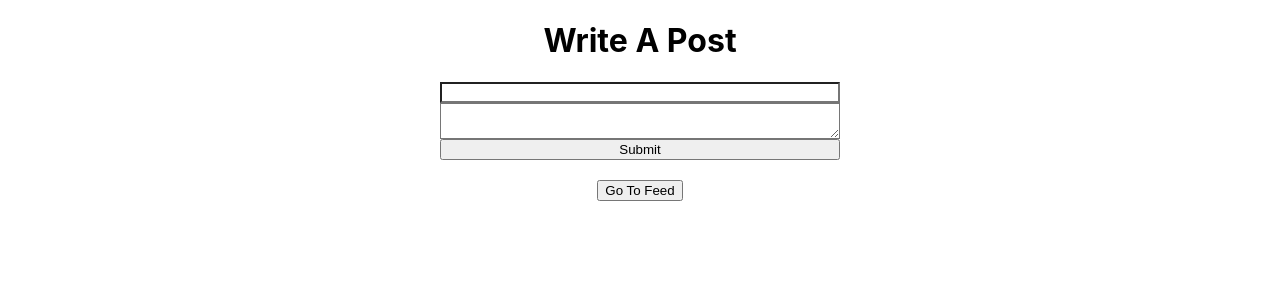
Repository: shaelorch/comp-week4
Page: /addPosts
The author's editor kept a copy of each file at every save. The page is drawn from the files as they stood at one save, then again after the next save.
The browser window is 1280 px wide. The pictures show the whole page.
The project was rebuilt for these pictures with package versions that can differ from the ones it lists, and the page was loaded fresh each time. The framework's server and built-in components were replaced by stand-ins that run in the browser. Also part of the build but not shown: next.config.js.

Above is the page before, as saved 2023-01-31 23:09:01.

After the next save:
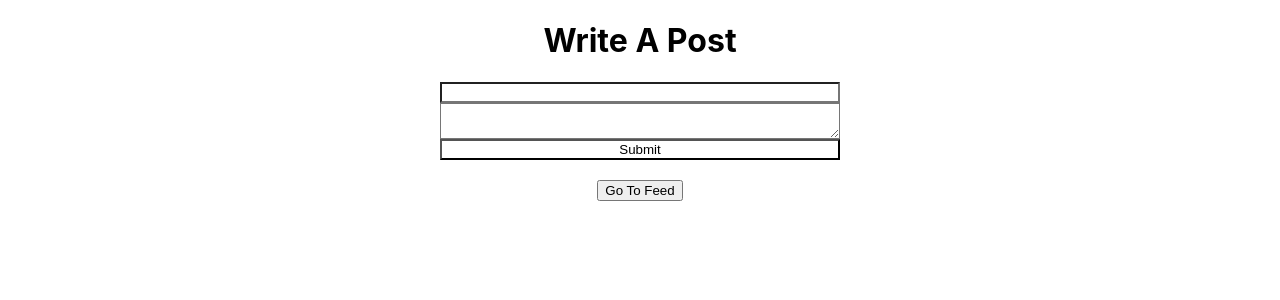
Saved 6 s later.
--- a/pages/addPosts.js
+++ b/pages/addPosts.js
@@ -20,7 +20,7 @@ export default function Home({posts}) {
           <textarea style={{backgroundColor:'white'}} value={content} onChange={(e) => setContent(e.target.value)} />
 
 
-            <button type="submit">Submit</button>
+            <button style={{backgroundColor:'white'}} type="submit">Submit</button>
         </form>
         <a href='/'>
             <button style={{display:'flex', marginTop:20}}>Go To Feed</button>
